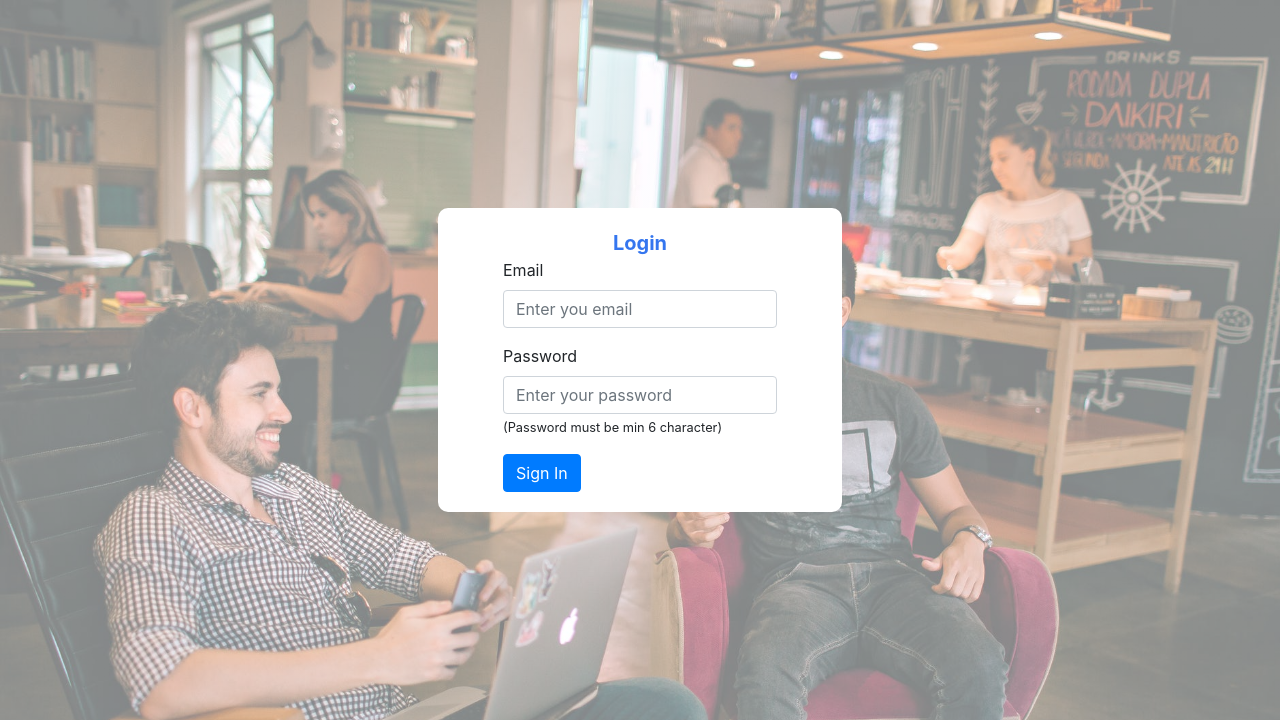
Repository: arafat877/super-chat
Page: /#/login
The author's editor kept a copy of each file at every save. The page is drawn from the files as they stood at one save, then again after the next save.
The browser window is 1280 px wide. The pictures show the whole page.
The project was rebuilt for these pictures with package versions that can differ from the ones it lists, and the page was loaded fresh each time. Also part of the build but not shown: src/App.scss, src/pages/register/Register.scss, src/pages/register/Register.js, src/pages/chat/Chat.scss, src/pages/chat/Chat.js, src/pages/profile/Profile.js.

Above is the page before, as saved 2020-08-07 20:54:15.

### public/index.html
<!DOCTYPE html>
<html lang="en">
  <head>
    <meta charset="utf-8" />
    <meta name="viewport" content="width=device-width, initial-scale=1" />
    <meta name="theme-color" content="#000000" />
    <meta
      name="description"
      content="Chat application with node.js, express, react.js, mongoDb and socket.io"
    />
    <link rel="stylesheet" href="styles.css" />
    <link
      rel="stylesheet"
      href="https://maxcdn.bootstrapcdn.com/bootstrap/4.5.0/css/bootstrap.min.css"
      integrity="sha384-9aIt2nRpC12Uk9gS9baDl411NQApFmC26EwAOH8WgZl5MYYxFfc+NcPb1dKGj7Sk"
      crossorigin="anonymous"
    />
    <link
      href="https://fonts.googleapis.com/css2?family=Roboto:wght@100;300;400;500;700;900&display=swap"
      rel="stylesheet"
    />

    <title>Super Chat</title>
  </head>
  <body>
    <noscript>You need to enable JavaScript to run this app.</noscript>
    <div id="root"></div>
  </body>
</html>

### src/App.js
import React, { useContext } from "react";
import {
  HashRouter as Router,
  Route,
  Switch,
  Redirect,
} from "react-router-dom";
import "./App.scss";
import Register from "./pages/register/Register";
import Login from "./pages/login/Login";
import Chat from "./pages/chat/Chat";
import Profile from "./pages/profile/Profile";
import { AuthContextProvider, AuthContext } from "./context/auth/AuthContex";

function App() {
  const { currentUser } = useContext(AuthContext);

  return (
    <AuthContextProvider>
      <Router>
        <Switch>
          <Route exact path={"/"}>
            {currentUser.token === null ? <Register /> : <Chat />}
          </Route>
          <Route path={"/register"}>
            {currentUser.token === null ? <Register /> : <Redirect to="/" />}
          </Route>
          <Route path={"/login"}>
            {currentUser.token === null ? <Login /> : <Redirect to="/" />}
          </Route>
          <Route path={"/chat"}>
            {currentUser.token === null ? <Login /> : <Chat />}
          </Route>
          <Route path={"/profile/:username"}>
            <Profile />
          </Route>
          <Redirect from="*" to="/" />
        </Switch>
      </Router>
    </AuthContextProvider>
  );
}

export default App;

### src/pages/login/Login.js
import React, { useState,useContext } from "react";
import "./Login.scss";
import FormInput from "../../components/formInput/FormInput";
import { AuthContext } from "../../context/auth/AuthContex";
import {loginUser} from "../../apiCalls/authApiCalls";

const Login = () => {
  const [form, setForm] = useState({
    email: "",
    password: "",
  });

  const [validationError, setValidationError] = useState("");

  const { isFetching, error, dispatch } = useContext(AuthContext);

  const onChange = (event) => {
    const { name, value } = event.target;
    setForm((previousForm) => ({ ...previousForm, [name]: value }));
  };

  const { email, password } = form;

  const handleSend = (e) => {
    e.preventDefault();
    loginUser({email,password},dispatch)
  };

  return (
    <div className="loginContainer vh-100 d-flex">
      <div className="container appWrapper1 m-auto">
        <div className="row justify-content-center">
          <span className="title">Login</span>
        </div>
        <div className="row justify-content-center">
          <form>
            <FormInput
              label="Email"
              type="email"
              name="email"
              onChange={onChange}
              placeholder="Enter you email"
            />
            <FormInput
              label="Password"
              type="password"
              name="password"
              onChange={onChange}
              placeholder="Enter your password"
              small="Password must be min 6 character"
            />
            {validationError && (
              <div className="alert alert-danger mt-1 p-1" role="alert">
                {validationError}
              </div>
            )}
            <button
              type="submit"
              className="btn btn-primary"
              onClick={handleSend}
              disabled={isFetching}
            >
              {isFetching && (
                <span
                  className="spinner-grow spinner-grow-sm mr-2"
                  role="status"
                  aria-hidden="true"
                ></span>
              )}
              Sign In
            </button>
          </form>
        </div>
      </div>
    </div>
  );
};

export default Login;

### src/context/auth/AuthContex.js
import React, { useEffect, createContext, useReducer } from "react";
import AuthReducer from "./AuthReducer";

const INITIAL_STATE = {
  currentUser: JSON.parse(localStorage.getItem("currentUser")) || {
    _id: null,
    token: null,
    name: null,
    email: null,
    profilePicture: null,
    createdAt: null,
  },
  isFetching: false,
  error: null,
};

export const AuthContext = createContext(INITIAL_STATE);

export const AuthContextProvider = ({ children }) => {
  const [state, dispatch] = useReducer(AuthReducer, INITIAL_STATE);

  useEffect(() => {
    localStorage.setItem("currentUser", JSON.stringify(state.currentUser));
  });

  return (
    <AuthContext.Provider
      value={{
        currentUser: state.currentUser,
        isFetching: state.isFetching,
        error: state.error,
        dispatch,
      }}
    >
      {children}
    </AuthContext.Provider>
  );
};

### src/components/formInput/FormInput.js
import React from "react";
import "./FormInput.scss";

const FormInput = ({ label,type, name, onChange, placeholder, small, error }) => {
  return (
    <>
      <div className="form-group">
        <label>{label}</label>
        <input
          type={type}
          name={name}
          onChange={onChange}
          className="form-control"
          placeholder={placeholder}
        />
        {small && <small>({small})</small>}
      </div>
      {error && (
        <div className="alert alert-danger mt-1 p-1" role="alert">
          {error}
        </div>
      )}
    </>
  );
};

export default FormInput;

### src/apiCalls/authApiCalls.js
import AuthActionTypes from "../context/auth/AuthActionTypes";
import axios from "axios";

export const registerUser = async (credentials, dispatch) => {
  dispatch({ type: AuthActionTypes.AUTH_REGISTER_START });
  try {
    await axios.post("/api/user/register", credentials).then((res) => {
      dispatch({ type: AuthActionTypes.AUTH_REGISTER_SUCCESS });
    });
  } catch (error) {
    dispatch({ type: AuthActionTypes.AUTH_REGISTER_FAILURE, payload: error });
  }
};

export const loginUser = async (credentials, dispatch) => {
  dispatch({ type: AuthActionTypes.AUTH_LOGIN_START });
  try {
    await axios.post("/api/user/login", credentials).then((res) => {
      dispatch({ type: AuthActionTypes.AUTH_LOGIN_SUCCESS, payload: res.data });
      window.location.href = '#/chat';
    });
  } catch (error) {
    dispatch({ type: AuthActionTypes.AUTH_LOGIN_FAILURE, payload: error });
  }
};

### src/pages/login/Login.scss
.loginContainer {
    background: linear-gradient(rgba(255,255,255,.5), rgba(255,255,255,.5)), url("../../assets/chat2.jpeg");
    background-size: cover;


    .appWrapper1 {
      background-color: white;
      height: auto;
      width: auto;
      padding: 20px 80px 20px 80px;
      border-radius: 10px;

      .title{
          font-weight: 700;
          font-size: 20px;
          color: #3576ef;
      }
    }
  }

### src/context/auth/AuthReducer.js
import AuthActionTypes from "./AuthActionTypes";

const AuthReducer = (state, action) => {
  switch (action.type) {
    case AuthActionTypes.AUTH_REGISTER_START:
      return {
        ...state,
        isFetching: true,
      };
    case AuthActionTypes.AUTH_REGISTER_SUCCESS:
      return {
        ...state,
        isFetching: false,
      };
    case AuthActionTypes.AUTH_REGISTER_FAILURE:
      return {
        ...state,
        isFetching: false,
        error: action.payload,
      };
    case AuthActionTypes.AUTH_LOGIN_START:
      return {
        ...state,
        isFetching: true,
      };
    case AuthActionTypes.AUTH_LOGIN_SUCCESS:
      return {
        ...state,
        currentUser: { ...state.currentUser, ...action.payload },
        isFetching: false,
      };
    case AuthActionTypes.AUTH_LOGIN_FAILURE:
      return {
        ...state,
        isFetching: false,
        error: action.payload,
      };
      case AuthActionTypes.AUTH_LOGOUT_START:
        return {
          ...state,
          isFetching: true,
        };
      case AuthActionTypes.AUTH_LOGOUT_SUCCESS:
        return {
          ...state,
          isFetching: false,
        };
      case AuthActionTypes.AUTH_LOGOUT_FAILURE:
        return {
          ...state,
          isFetching: false,
          error: action.payload,
        };
    default:
      return state;
  }
};

export default AuthReducer;

### src/context/auth/AuthActionTypes.js
const AuthActionTypes = {
    AUTH_REGISTER_START: "AUTH_REGISTER_START",
    AUTH_REGISTER_SUCCESS: "AUTH_REGISTER_SUCCESS",
    AUTH_REGISTER_FAILURE: "AUTH_REGISTER_FAILURE",

    AUTH_LOGIN_START: "AUTH_LOGIN_START",
    AUTH_LOGIN_SUCCESS: "AUTH_LOGIN_SUCCESS",
    AUTH_LOGIN_FAILURE: "AUTH_LOGIN_FAILURE",

    AUTH_LOGOUT_START: "AUTH_LOGOUT_START",
    AUTH_LOGOUT_SUCCESS: "AUTH_LOGOUT_SUCCESS",
    AUTH_LOGOUT_FAILURE: "AUTH_LOGOUT_FAILURE",
}

export default AuthActionTypes;

Loaded but not shown: src/index.js (common file); public/styles.css (common file); src/components/formInput/FormInput.scss (no stored copy; drawn as an empty file); src/pages/profile/Profile.scss (no stored copy; drawn as an empty file)

After the next save:
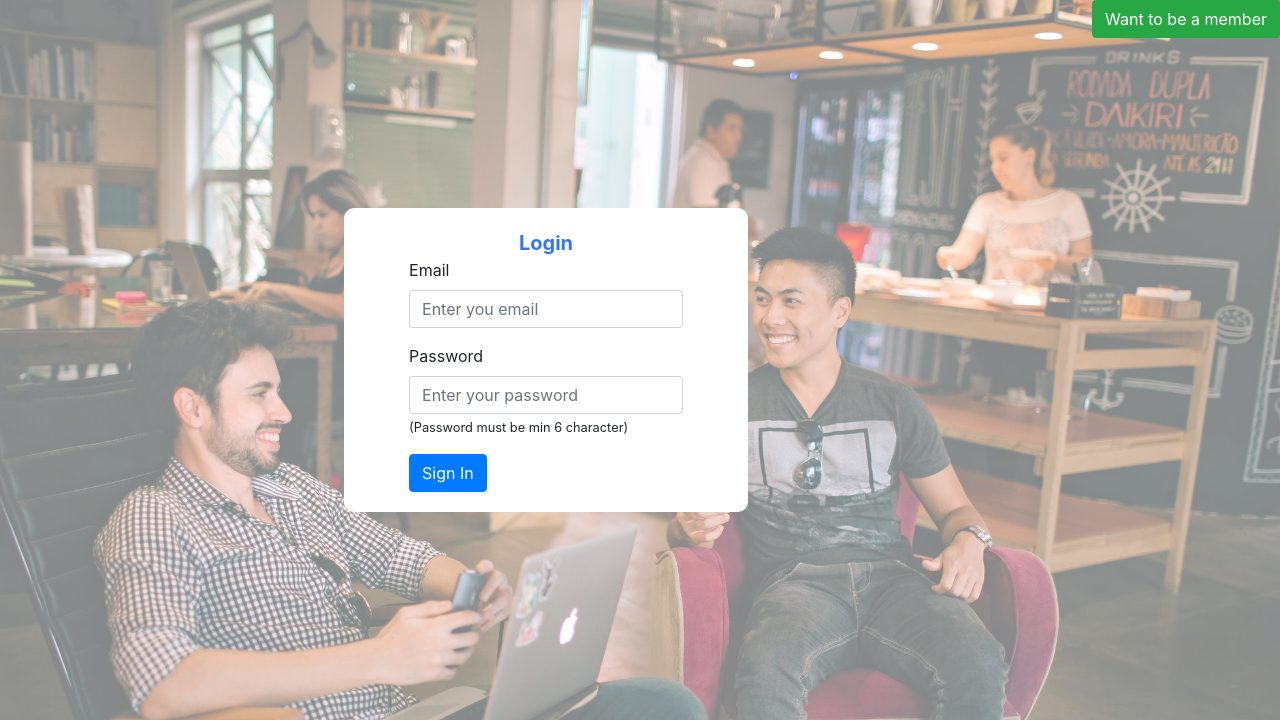
Saved 48 s later.
--- a/src/pages/login/Login.js
+++ b/src/pages/login/Login.js
@@ -3,6 +3,7 @@ import "./Login.scss";
 import FormInput from "../../components/formInput/FormInput";
 import { AuthContext } from "../../context/auth/AuthContex";
 import {loginUser} from "../../apiCalls/authApiCalls";
+import { Link } from "react-router-dom";
 
 const Login = () => {
   const [form, setForm] = useState({
@@ -72,6 +73,7 @@ const Login = () => {
           </form>
         </div>
       </div>
+      <Link to="register"><button className="btn btn-success registerButton">Want to be a member</button></Link>
     </div>
   );
 };
